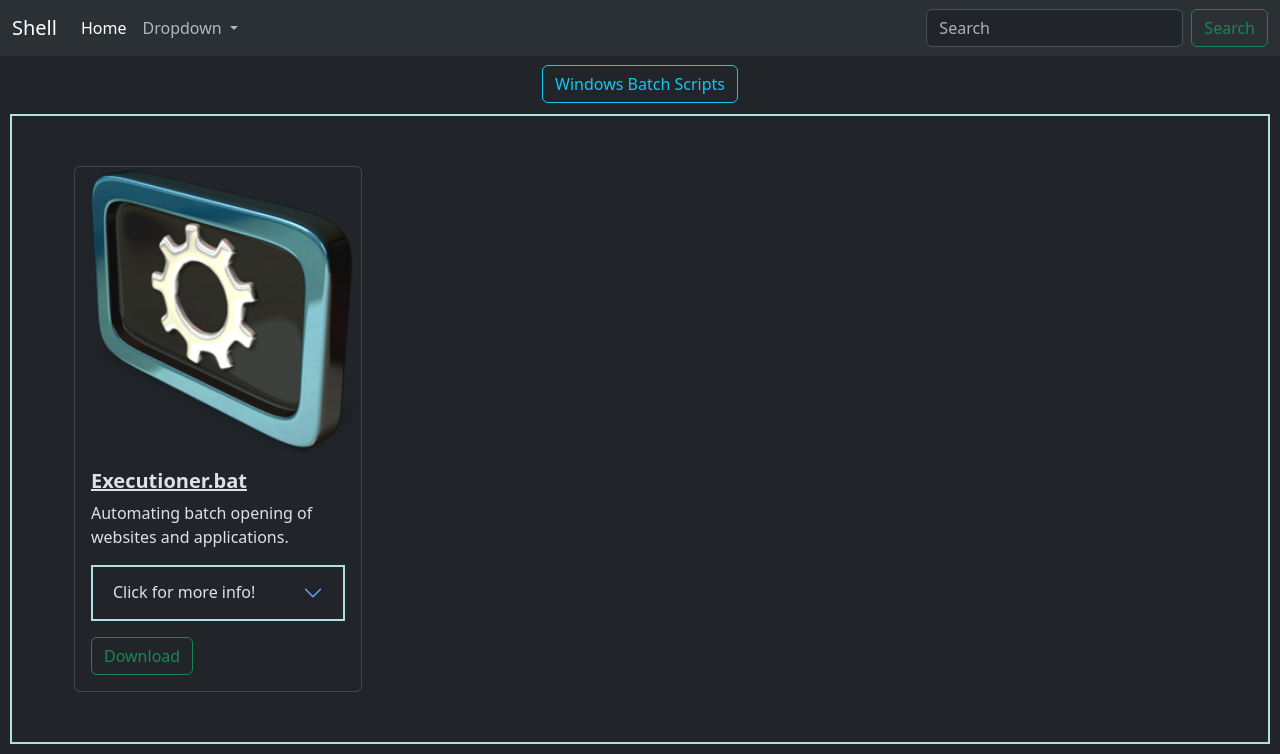
Repository: VictoriousMango/Archive
Page: index.html
An editor plug-in stored every save of this project. The page is shown before and after the next save, followed by the edit.
The browser window is 1280 px wide. The pictures show the whole page.

Above is the page before, as saved 2024-06-06 01:35:33.

### index.html
<!doctype html>
<html lang="en">
    <head>
        <meta charset="utf-8">
        <meta name="viewport" content="width=device-width, initial-scale=1">
        <title>Bootstrap demo</title>
        <link href="https://cdn.jsdelivr.net/npm/bootstrap@5.3.3/dist/css/bootstrap.min.css" rel="stylesheet" integrity="sha384-QWTKZyjpPEjISv5WaRU9OFeRpok6YctnYmDr5pNlyT2bRjXh0JMhjY6hW+ALEwIH" crossorigin="anonymous">    </head>
    <body data-bs-theme="dark">
        <!-- NavBar -->
        <nav class="navbar navbar-expand-lg bg-body-tertiary ">
            <div class="container-fluid">
                <a href="#" class="navbar-brand" role="button" onclick="Toggling()">Shell</a>
              <button class="navbar-toggler" type="button" data-bs-toggle="collapse" data-bs-target="#navbarSupportedContent" aria-controls="navbarSupportedContent" aria-expanded="false" aria-label="Toggle navigation">
                <span class="navbar-toggler-icon"></span>
              </button>
                <div class="collapse navbar-collapse" id="navbarSupportedContent">
                    <ul class="navbar-nav me-auto mb-2 mb-lg-0">
                    <li class="nav-item">
                        <a class="nav-link active" aria-current="page" href="#">Home</a>
                    </li>
                    <li class="nav-item dropdown">
                        <a class="nav-link dropdown-toggle" href="#" role="button" data-bs-toggle="dropdown" aria-expanded="false">
                        Dropdown
                        </a>
                        <ul class="dropdown-menu">
                        <li><a class="dropdown-item" href="#Batch">Windows Batch Scripts</a></li>
                        </ul>
                    </li>
                    </ul>
                    <form class="d-flex" role="search">
                        <input class="form-control me-2" type="search" placeholder="Search" aria-label="Search">
                        <button class="btn btn-outline-success" type="submit">Search</button>
                    </form>
                </div>
            </div>
        </nav>
        <!-- NavBar -->

        <!-- Windows Batch File -->
        <h1 style="text-align : center;" id="Batch"><button type="button" class="btn btn-outline-info">Windows Batch Scripts</button></h1>
        <div class="row" style="border: 2px solid powderblue; margin: 10px; padding: 50px;">
            <!-- First Card -->
            <div class="col">
                <div class="card" style="width: 18rem;">
                    <img src="Images\MS-DOS_Batch_File.png" class="card-img-top" alt="...">
                    <div class="card-body">
                        <h5 class="card-title"><b><u>Executioner.bat</u></b></h5>
                        <p class="card-text">
                            Automating batch opening of websites and applications.
                            <div class="accordion accordion-flush" id="accordionFlushExample">
                                <div class="accordion-item" style="border: 2px solid powderblue;">
                                  <h2 class="accordion-header">
                                    <button class="accordion-button collapsed" type="button" data-bs-toggle="collapse" data-bs-target="#flush-collapseOne" aria-expanded="false" aria-controls="flush-collapseOne">
                                      Click for more info!
                                    </button>
                                  </h2>
                                  <div id="flush-collapseOne" class="accordion-collapse collapse" data-bs-parent="#accordionFlushExample">
                                    <div class="accordion-body">
                                        <ul>
                                            <li>It will store different links in some sort of groups defined and structured by you.</li>
                                            <li>After creating groups, you can use this application to open multiple websites and applications in a batch simultaneously.</li>
                                            <li>This can be used as a productivity tool, for automating opening of few applications by entering just the name of group.</li>
                                        </ul>
                                    </div>
                                  </div>
                                </div>
                        </p>
                        <a href="Groups/Projects/Executioner.bat" class="btn btn-outline-success" download>Download</a>
                    </div>
                  </div>
            </div>
        </div>
        <!-- Windows Batch File -->

        <!-- Including JS -->
        <script src="https://cdn.jsdelivr.net/npm/bootstrap@5.3.3/dist/js/bootstrap.bundle.min.js" integrity="sha384-YvpcrYf0tY3lHB60NNkmXc5s9fDVZLESaAA55NDzOxhy9GkcIdslK1eN7N6jIeHz" crossorigin="anonymous"></script>
        <!-- JS for the web page -->
        <script>
            function Toggling() {
                console.log("Clicked the toggle button")
                console.log()
                var element = document.body;
                element.dataset.bsTheme = element.dataset.bsTheme=="light"?"dark":"light"
            }
        </script>
    </body>
</html>

After the next save:
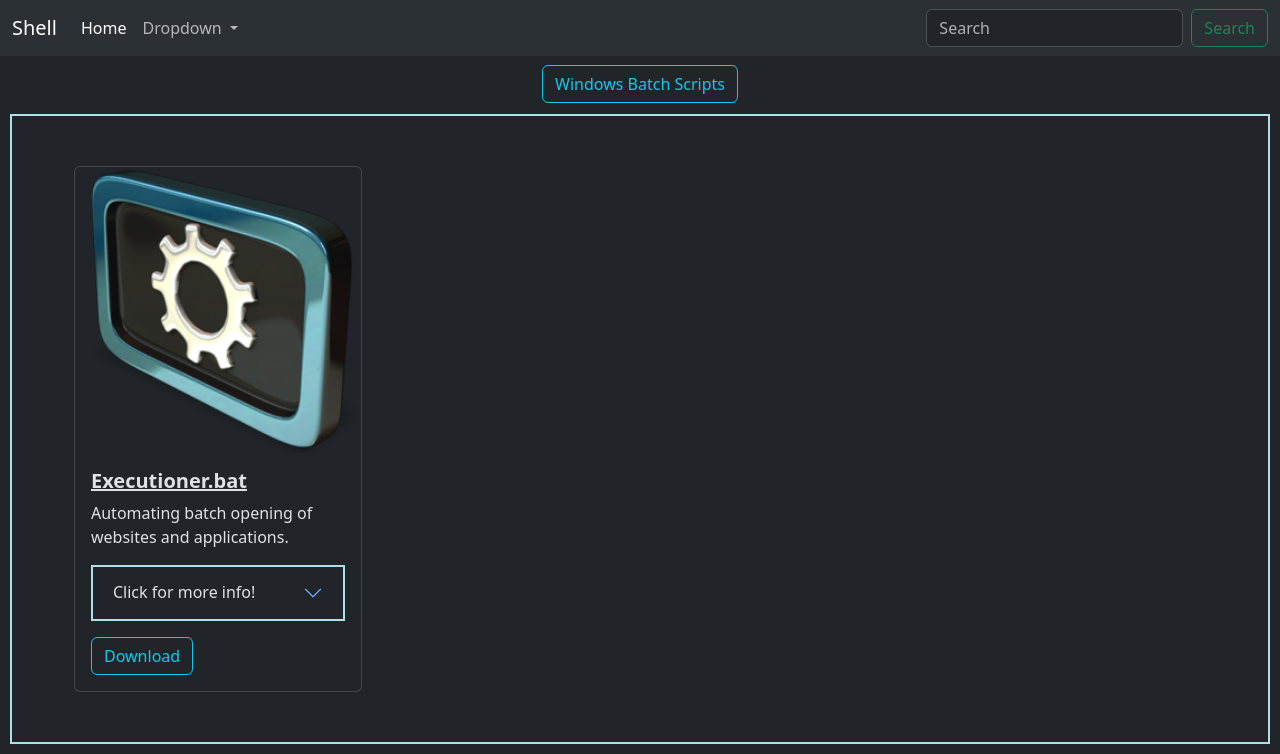
Saved 11 s later.
--- a/index.html
+++ b/index.html
@@ -65,7 +65,7 @@
                                   </div>
                                 </div>
                         </p>
-                        <a href="Groups/Projects/Executioner.bat" class="btn btn-outline-success" download>Download</a>
+                        <a href="Groups/Projects/Executioner.bat" class="btn btn-outline-info" download>Download</a>
                     </div>
                   </div>
             </div>
